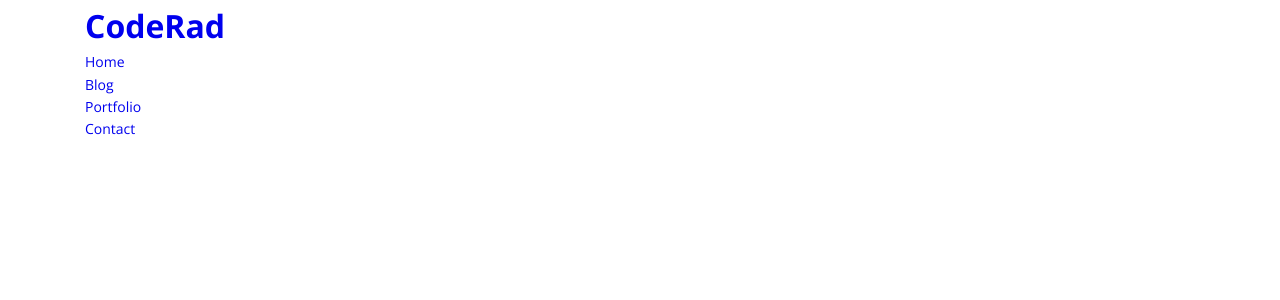
Repository: Sc-Juju/CodeRad
Page: index.html
These files come from the project's save history. The page is drawn as it stood at one moment and after the next save; the edit follows.
The browser window is 1280 px wide. The pictures show the whole page.

Above is the page before, as saved 2022-10-26 10:08:46.

### index.html
<!DOCTYPE html>
<html>
	<head>
		<meta charset="utf-8" />
		<meta http-equiv="X-UA-Compatible" content="IE=edge" />
		<title>CodeRad</title>
		<meta name="description" content="" />
		<meta name="viewport" content="width=device-width, initial-scale=1" />

		<link
			href="https://fonts.googleapis.com/css2?family=Open+Sans:wght@300;400;600;700&display=swap"
			rel="stylesheet"
		/>
		<link
			href="https://fonts.googleapis.com/css2?family=Hind:wght@300;400;500;600;700&display=swap"
			rel="stylesheet"
		/>

		<link rel="stylesheet" href="./css/default.css" />
		<link rel="stylesheet" href="./css/styles.css" />
		<link rel="stylesheet" href="./css/responsive.css" />
	</head>
	<body>
		<nav class="navbar nav">
			<div class="container">
				<a class="navbar-brand" href="#">CodeRad</a>
				<ul>
					<li>
						<a class="nav-link" href="#">Home</a>
					</li>
					<li>
						<a class="nav-link" href="#">Blog</a>
					</li>
					<li>
						<a class="nav-link" href="#">Portfolio</a>
					</li>
					<li>
						<a class="nav-link" href="#">Contact</a>
					</li>
				</ul>
			</div>
		</nav>
	</body>
</html>

### css/default.css
:root{
    --white:#fff;
    --black: #000;
    --font-color-base:#666;
    --font-color-dark:#212529;
    --font-color-light:#b0aebe;
    --font-color-link:#57a6ff;
    --footer:#34314b;
    --footer-base:2e2b45;
    --contrast:var(--font-color-light);
    --success: #64ecf5;
    --danger:#ff8b8d;
    --grad-1:#a1ecff;
    --grad-2:#7dbcff;
}
body{
    font-family:"Open Sans", sans-serif;
    font-weight: 400;
    font-size:0.875rem;
    line-height: 1.6;
    letter-spacing: 0;
    color: var(--font-color-base);
    margin:0;
    padding:0;
}
*,
::after,
::before{
    box-sizing: border-box;
}
ul{
    padding:0;
    margin:0;
    list-style: none;
}
a {text-decoration: none;}
p {margin-top:0;}
h2{
    font-size:2rem;
    font-weight:500;
    line-height:1.2;
}
img {
    width:100%;
    max-width:100%;
    vertical-align:middle;
    border-style: none;
}
.container{
    width: 100%;
    padding-left:15px;
    padding-right:15px;
    margin-right:auto;
    margin-left:auto;
}
@media (min-width:1200px){
    .container{ max-width: 1140px; }
}

### css/styles.css
.navbar-brand{
    margin-right:auto;
    font-size: 2rem;
    font-weight: 700;
    width: 100%;
    transition: ease-in-out .3s;

}

Loaded but not shown: css/responsive.css (no copy from this time; the picture is the same without it)

After the next save:
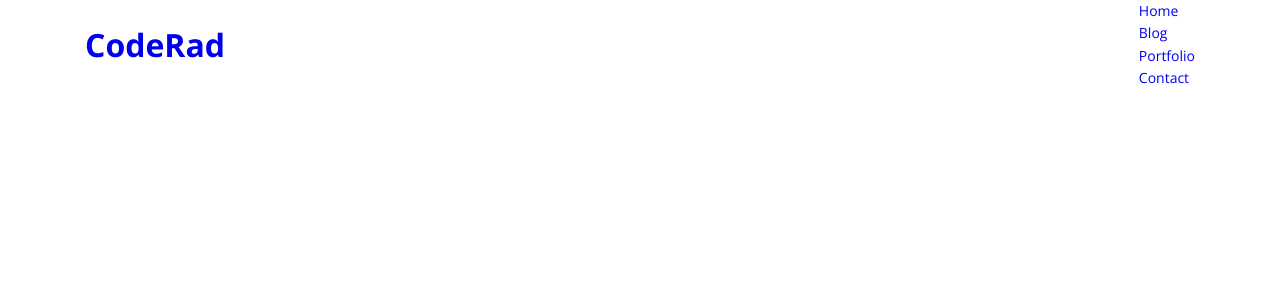
Saved 5 min 25 s later.
--- a/css/styles.css
+++ b/css/styles.css
@@ -1,8 +1,23 @@
+.navbar{
+    position: fixed;
+    top: 0;
+    right: 0;
+    left: 0;
+    z-index: 200;
+    transition: ease-in-out .3s;
+}
+.navbar-nav{
+    display: flex;
+    align-items: center;
+}
+.navbar .container{
+    display: flex;
+    align-items: center;
+}
 .navbar-brand{
     margin-right:auto;
     font-size: 2rem;
     font-weight: 700;
     width: 100%;
     transition: ease-in-out .3s;
-
 }
